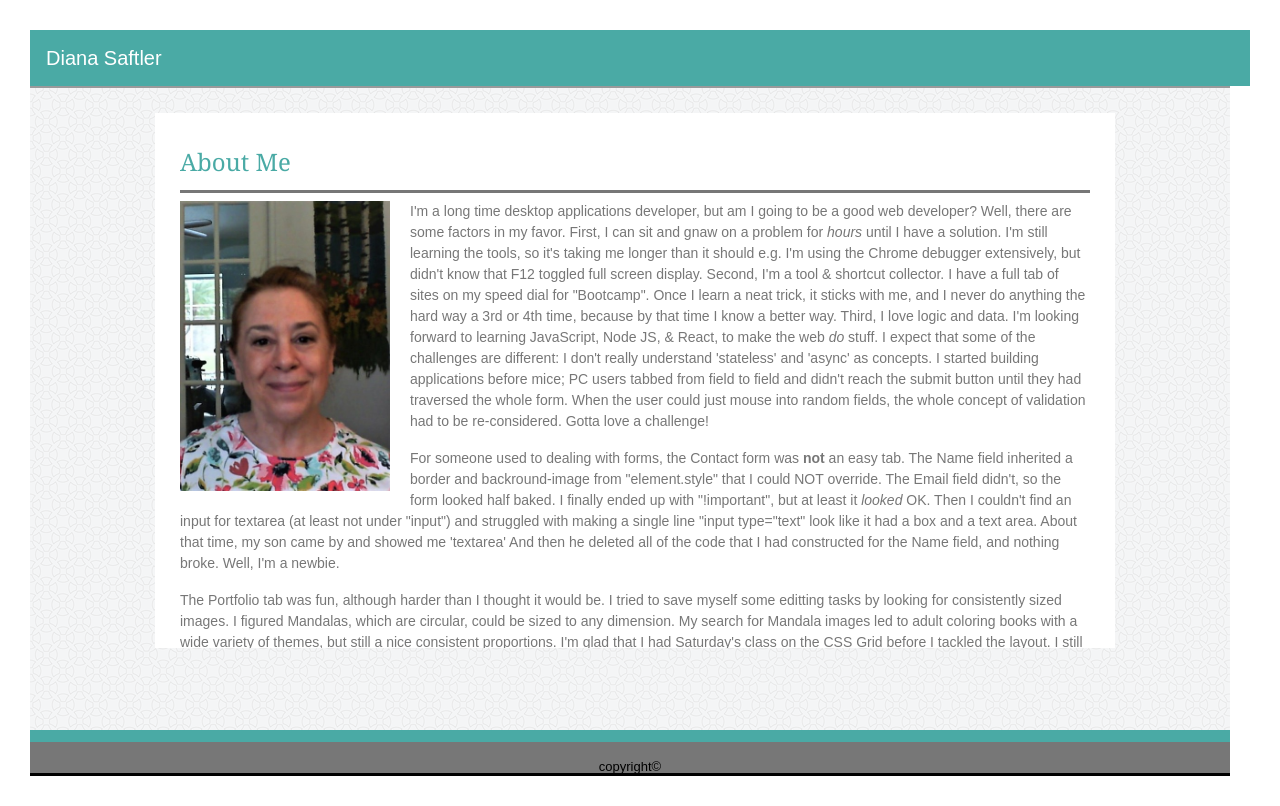
Repository: dsaftler/Bootstrap-Portfolio
Page: index.html
An editor plug-in stored every save of this project. The page is shown before and after the next save, followed by the edit.
The browser window is 1280 px wide. The pictures show the whole page.
An inner scrolling area shows only its first screen.

Above is the page before, as saved 2019-03-20 18:16:33.

### index.html
<!DOCTYPE html>
<html lang="en">
<head>
    <title>Diana Saftler Portfolio</title>
    <meta name="viewport" content="width=device-width, initial-scale=1, shrink-to-fit=no">
    <link rel="stylesheet" href="https://maxcdn.bootstrapcdn.com/bootstrap/4.0.0/css/bootstrap.min.css" integrity="sha384-Gn5384xqQ1aoWXA+058RXPxPg6fy4IWvTNh0E263XmFcJlSAwiGgFAW/dAiS6JXm" crossorigin="anonymous">
    <link rel="stylesheet" href="assets/css/style.css">
    <link rel="icon" href="assets/images/Peony.jpg" type="image/jpg" sizes="16x16">
    <meta charset="UTD-8">
</head>
<body>

  <nav class="navbar navbar-expand-lg" style="background-color: #4aaaa5; color:rgb(181, 247, 247)">
    <a class="navbar-brand" style="color: white" href="#">Diana Saftler</a></nav>
    <div class="collapse navbar-collapse" id="navbarSupportedContent">
      <ul class="navbar-nav mr-auto">
        <li class="nav-item active"><a class="nav-link" style="color: rgb(181, 247, 247)" href="index.html">About</a></li>
        <li class="nav-item"><a class="nav-link" style="color: rgb(181, 247, 247)"  href="contact.html">Contact</a></li>
        <li class="nav-item"><a class="nav-link" style="color: rgb(181, 247, 247)"  href="portfolio.html">Portfolio</a></li>
      </ul>
    </div>




        <!-- <ul>
            <li><a href="index.html">About</a></li>
            <li><a href="contact.html">Contact</a></li>
            <li><a href="portfolio.html">Portfolio</a></li>
        </ul> -->

    <div class="bg-pattern">
        <div class="center-panel">
                <h2>About Me</h2>
            <img class="image_about" src="assets/images/photo.jpg" alt="in my office">
            <p>I'm a long time desktop applications developer, but am I going to be a good web developer?  Well, there are some factors in my favor.  First, I can sit and gnaw on a problem for <em>hours</em> until I have a solution.  I'm still learning the tools, so it's taking me longer than it should e.g. I'm using the Chrome debugger extensively, but didn't know that F12 toggled full screen display. Second, I'm a tool & shortcut collector.  I have a full tab of sites on my speed dial for "Bootcamp".  Once I learn a neat trick, it sticks with me, and I never do anything the hard way a 3rd or 4th time, because by that time I know a better way.  Third, I love logic and data.  I'm looking forward to learning JavaScript, Node JS, & React, to make the web <em>do</em> stuff.  I expect that some of the challenges are different: I don't really understand 'stateless' and 'async' as concepts.  I started building applications before mice;  PC users tabbed from field to field and didn't reach the submit button until they had traversed the whole form.  When the user could just mouse into random fields, the whole concept of validation had to be re-considered. Gotta love a challenge!
            </p>
            <p>For someone used to dealing with forms, the Contact form was <strong>not</strong> an easy tab. The Name field inherited a border and backround-image from "element.style" that I could NOT override. The Email field didn't, so the form looked half baked.  I finally ended up with "!important", but at least it <em>looked</em> OK.  Then I couldn't find an input for textarea (at least not under "input") and struggled with making a single line "input type="text" look like it had a box and a text area.  About that time, my son came by and showed me 'textarea'  And then he deleted all of the code that I had constructed for the Name field, and nothing broke. Well, I'm a newbie. </p>
            <p>The Portfolio tab was fun, although harder than I thought it would be.  I tried to save myself some editting tasks by looking for consistently sized images.  I figured Mandalas, which are circular, could be sized to any dimension.  My search for Mandala images led to adult coloring books with a wide variety of themes, but still a nice consistent proportions. I'm glad that I had Saturday's class on the CSS Grid before I tackled the layout.  I still had trouble getting the images to wrap left, but once I got that solved  with 2 images, it was easy to do them all without even needing rows.  I also added hover, 'tool tips', and links to the full sized images.  Print some out and spend some time with your crayolas!</p>


        </div>
    </div>
    <footer>copyright&copy</footer>
</body>
</html>

### Assets/CSS/style.css
* {
    box-sizing: border-box;
}

body {
    font-size: 14px;
    font-family: Arial, "Helvetica Neue", Helvetica, sans-serif;
    background-color: #ffffff;
    padding: 30px;
    color:  #777777;

}
header{
    left: 80px;
    background-color: #ffffff;
    height: 25px;
    width: 1200px;
}
footer {
    color: black;
    font-size: small;
    text-align: center;
    padding: 15px;
    clear: both;
    background-color: #777777;
    height: 40px;
    width: 1200px;
    border-style: solid;
    border-top-color: #4aaaa5;
    border-top-width: 6px;
    border-left-width: 0;
    border-right-width: 0;
}
p {
    padding: 0 0 10 0;
}

.bg-pattern {
    clear: both;
  /* margin-top: 40px; */
  padding: 50px;
  padding-top: 5px;
  /* background-color: #b1f3f3;  */
  height: 650px;
  width: 1200px;

  background-image: url("../images/circles-light.png");
  border-style: solid;
  border-top-color: #999a9b;
  border-top-width: 2px;
  border-left-width: 0;
  border-right-width: 0;
  border-bottom-color: #4aaaa5;
  border-bottom-width: 6px;

}

.center-panel {
    clear: both;
    display: inline-block;
    /* position: absolute; */
    top: 150px;
    right: 0;
    bottom: 0;
    left: 0;
    margin-left: 75px;
    margin-top: 20px;
    width: 960px;
    height: 535px;
    background-color: #ffffff;
    padding: 25px;
    overflow: auto;
    z-index: 1;

}

ul {
    list-style-type: none;
    margin: 0;
    padding: 0;
}

li a {
    display: block;
    width: 60 px;
}



ul {
    list-style-type: none;
    margin: 0;
    padding: 0;
    float: right;
    width: 175px;
}

li { display: inline-block; }

li a {
    color: #777777;
    text-decoration: none;
    padding: 5px;
}

li a:hover {
    background-color: #4aaaa5;
    color: white;

}
h1, h2 {font-family: Georgia, Times, "Times New Roman", serif;}
h1 {
    float: left;
    box-shadow: 10px 0px 0px 0px #4aaaa5, -10px 0px 0px 0px #4aaaa5;

    height: 65px;
    /* width: 200px; */

    top: 0;
    margin: 0;
    margin-left: 135px;

    background-color: #4aaaa5;
    color: white;
    font-size: 30px;
    text-align: center;
    padding: 10px 0;
    /* padding: 10px; */
}

h2 {
    font-size: 24px;
    margin-top: 10px;
    color: #4aaaa5;
    padding-bottom: 13px;
    border-bottom: 3px solid #777777;
}
h4 { margin: 3px}


.image_about {
    float: left;
    padding-right: 20px;
    padding-bottom: 20px;
    width: 230px;
    height: 310px;
}

input[type="text"] {
    width : 450px;
    margin: 0;
    padding: 2px;
    padding-left: 10px;
    -webkit-box-sizing: border-box; /* For legacy WebKit based browsers */
       -moz-box-sizing: border-box; /* For legacy (Firefox <29) Gecko based browsers */
            box-sizing: border-box;
}

.textbox {
    border:1px solid  #777777;
    padding: 10px;
    width: 650;
    height: 175px;
    font-size: 13.33px;
    font-family: Arial, Helvetica, sans-serif;
}
.submit {
    display: block;
    width: 60px;
    height: 29px;
    background-color: #4aaaa5;
    color: #ffffff;
    font-weight: bold;
}
.portfolio {
    max-width:100%;
    max-height: 100%
   }
.content {
    padding: 6px;
    float: left;
}

.row {
    margin: 0;
    height: 225px;
}
.row,
.row > .column {
    padding: 5 px;
}
.col {
   float:left;
    height: 225px;
     width: 25%;
     margin: 0;
}
.row:after {
    content: "";
    display: table;
    clear: both;
}
.gallery {
    border: 2px solid #4aaaa5;
    padding: 10px;
    height: 200px;
    width: 200px;
}
.gallery:hover {
    border-color: #06faee;
}
.box {
    height:150px;
    border: solid;
    border-width: 1px;

}
/* portfolio page */

.work {
    position: relative;
    float: left;
    width: 274px;
    margin: 20px 0 25px;
    overflow: auto;
  }

  .work:nth-child(even) {
    margin-right: 40px;
  }

  .work img {
    width: 100%;
    border: 0 none;
    opacity: 0.8;
  }

  .work h3 {
    position: absolute;
    bottom: 20px;
    width: 100%;
    padding: 15px;
    margin-bottom: 0;
    font-weight: 300;
    line-height: 30px;
    color: #ffffff;
    text-align: center;
    background: #4aaaa5;
    border-bottom: 0;
  }

  .auth-image {
    float: left;
    width: 200px;
    height: auto;
    margin-top: 10px;
    margin-right: 25px;
  }
  #masthead {
    position: fixed;
    z-index: 99;
    width: 100%;
    margin: 0 0 30px;
    overflow: auto;
    color: #ffffff;
    background: #ffffff;
    border-bottom: 2px solid #cccccc;
  }

  #logo {
    float: left;
    width: 250px;
    height: 90px;
    font-family: Georgia, Times, "Times New Roman", serif;
    font-size: 30px;
    font-weight: 700;
    line-height: 90px;
    color: #ffffff;
    text-align: center;
    text-decoration: none;
    background: #4aaaa5;
  }
  #main-container {
    padding-top: 130px;
    min-height: calc(100vh - 70px);
  }

  .main-section {
    float: left;
    width: 100%;
    max-width: 960px;
    padding: 30px;
    margin: 0 0 40px;
    background: #ffffff;
    border: 1px solid #dddddd;
  }

After the next save:
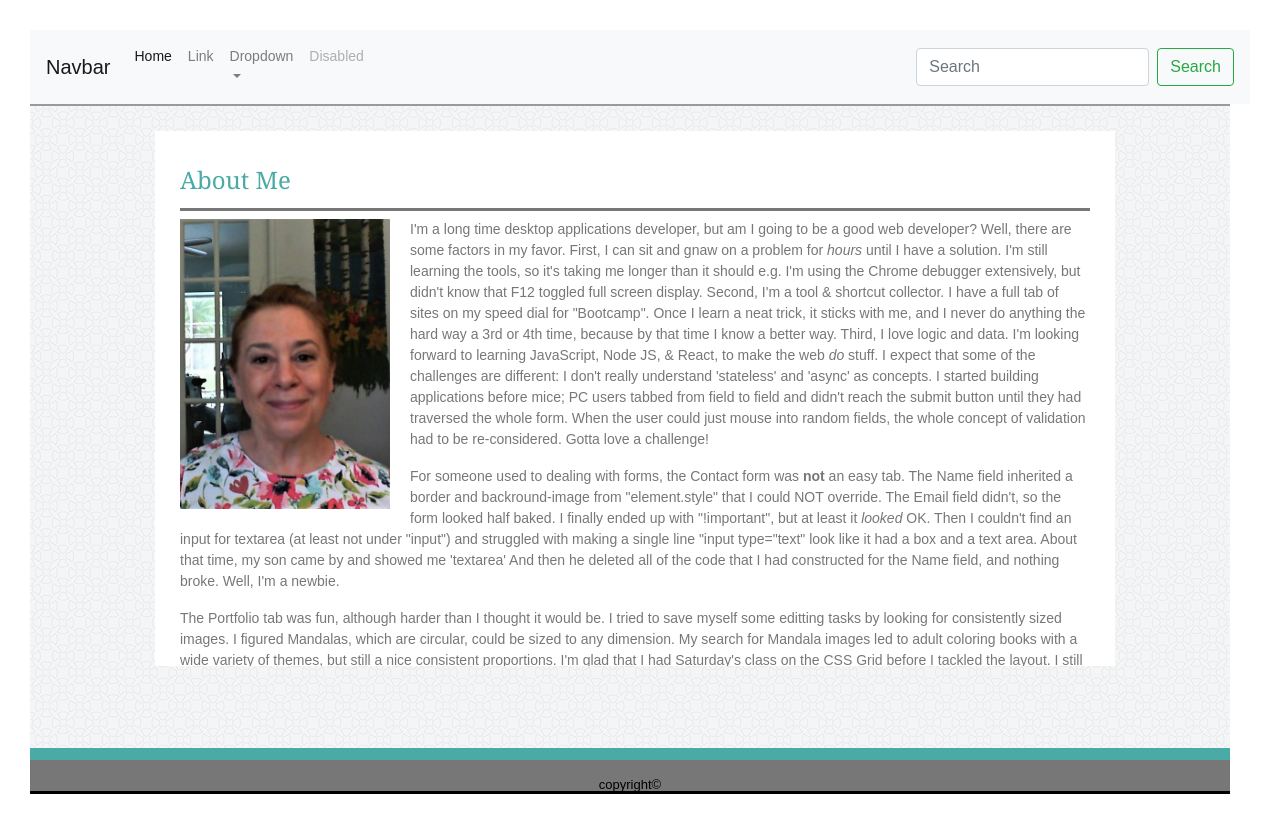
Saved 3 h 35 min later.
--- a/index.html
+++ b/index.html
@@ -9,8 +9,42 @@
     <meta charset="UTD-8">
 </head>
 <body>
+    <nav class="navbar navbar-expand-lg navbar-light bg-light">
+        <a class="navbar-brand" href="#">Navbar</a>
+        <button class="navbar-toggler" type="button" data-toggle="collapse" data-target="#navbarSupportedContent" aria-controls="navbarSupportedContent" aria-expanded="false" aria-label="Toggle navigation">
+          <span class="navbar-toggler-icon"></span>
+        </button>
 
-  <nav class="navbar navbar-expand-lg" style="background-color: #4aaaa5; color:rgb(181, 247, 247)">
+        <div class="collapse navbar-collapse" id="navbarSupportedContent">
+          <ul class="navbar-nav mr-auto">
+            <li class="nav-item active">
+              <a class="nav-link" href="#">Home <span class="sr-only">(current)</span></a>
+            </li>
+            <li class="nav-item">
+              <a class="nav-link" href="#">Link</a>
+            </li>
+            <li class="nav-item dropdown">
+              <a class="nav-link dropdown-toggle" href="#" id="navbarDropdown" role="button" data-toggle="dropdown" aria-haspopup="true" aria-expanded="false">
+                Dropdown
+              </a>
+              <div class="dropdown-menu" aria-labelledby="navbarDropdown">
+                <a class="dropdown-item" href="#">Action</a>
+                <a class="dropdown-item" href="#">Another action</a>
+                <div class="dropdown-divider"></div>
+                <a class="dropdown-item" href="#">Something else here</a>
+              </div>
+            </li>
+            <li class="nav-item">
+              <a class="nav-link disabled" href="#">Disabled</a>
+            </li>
+          </ul>
+          <form class="form-inline my-2 my-lg-0">
+            <input class="form-control mr-sm-2" type="search" placeholder="Search" aria-label="Search">
+            <button class="btn btn-outline-success my-2 my-sm-0" type="submit">Search</button>
+          </form>
+        </div>
+      </nav>
+  <!-- <nav class="navbar navbar-expand-lg" style="background-color: #4aaaa5; color:rgb(181, 247, 247)">
     <a class="navbar-brand" style="color: white" href="#">Diana Saftler</a></nav>
     <div class="collapse navbar-collapse" id="navbarSupportedContent">
       <ul class="navbar-nav mr-auto">
@@ -18,7 +52,7 @@
         <li class="nav-item"><a class="nav-link" style="color: rgb(181, 247, 247)"  href="contact.html">Contact</a></li>
         <li class="nav-item"><a class="nav-link" style="color: rgb(181, 247, 247)"  href="portfolio.html">Portfolio</a></li>
       </ul>
-    </div>
+    </div> -->
 
 
 
